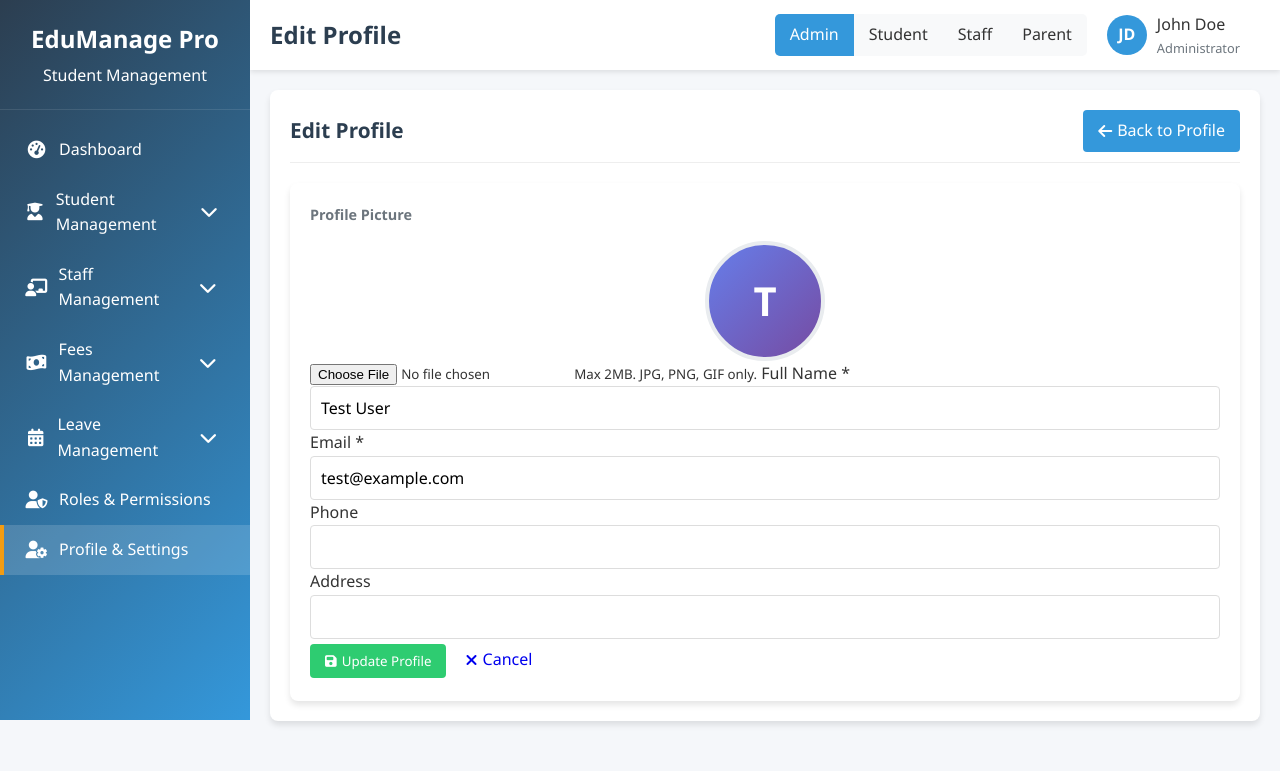
Repository: ZainJaved869/Student_Managment_System
Page: http://localhost/profile/edit
The author's editor kept a copy of each file at every save. The page is drawn from the files as they stood at one save, then again after the next save.
The browser window is 1280 px wide. The pictures show the whole page.
The page is served by the project's Laravel application, run on PHP 8.4 with Laravel 12. A made-up administrator, Test User (test@example.com), is signed in.

Above is the page before, as saved 2025-11-29 18:04:52.

After the next save:
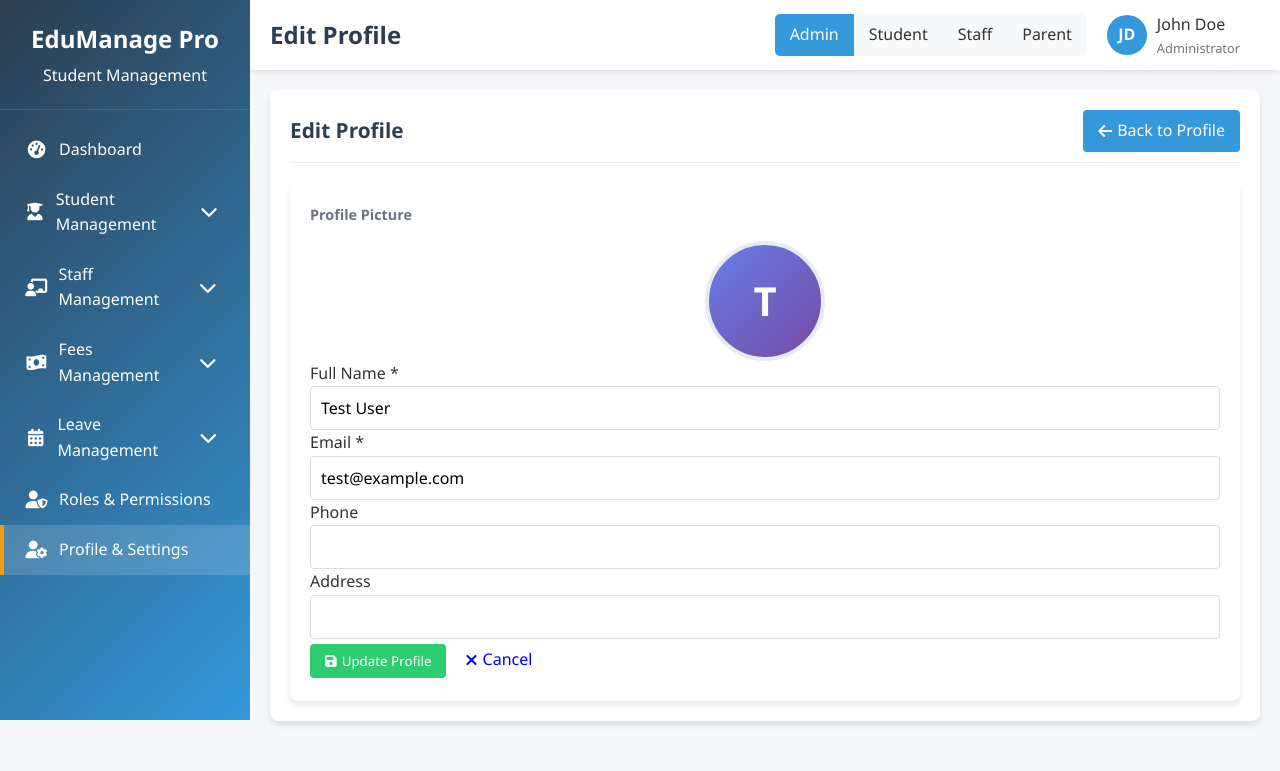
Saved 2 min 44 s later.
--- a/resources/views/profile/edit.blade.php
+++ b/resources/views/profile/edit.blade.php
@@ -30,9 +30,6 @@
                     <form action="{{ route('profile.update') }}" method="POST" enctype="multipart/form-data">
                         @csrf
                         @method('PUT')
-
-                        <input type="file" name="profile_picture" class="form-control-file" accept="image/*" onchange="previewImage(this)">
-                        <small class="form-text text-muted">Max 2MB. JPG, PNG, GIF only.</small>
 
                         <label class="mt-3">Full Name *</label>
                         <input type="text" name="name" class="form-control" value="{{ old('name', $user->name) }}" required>
